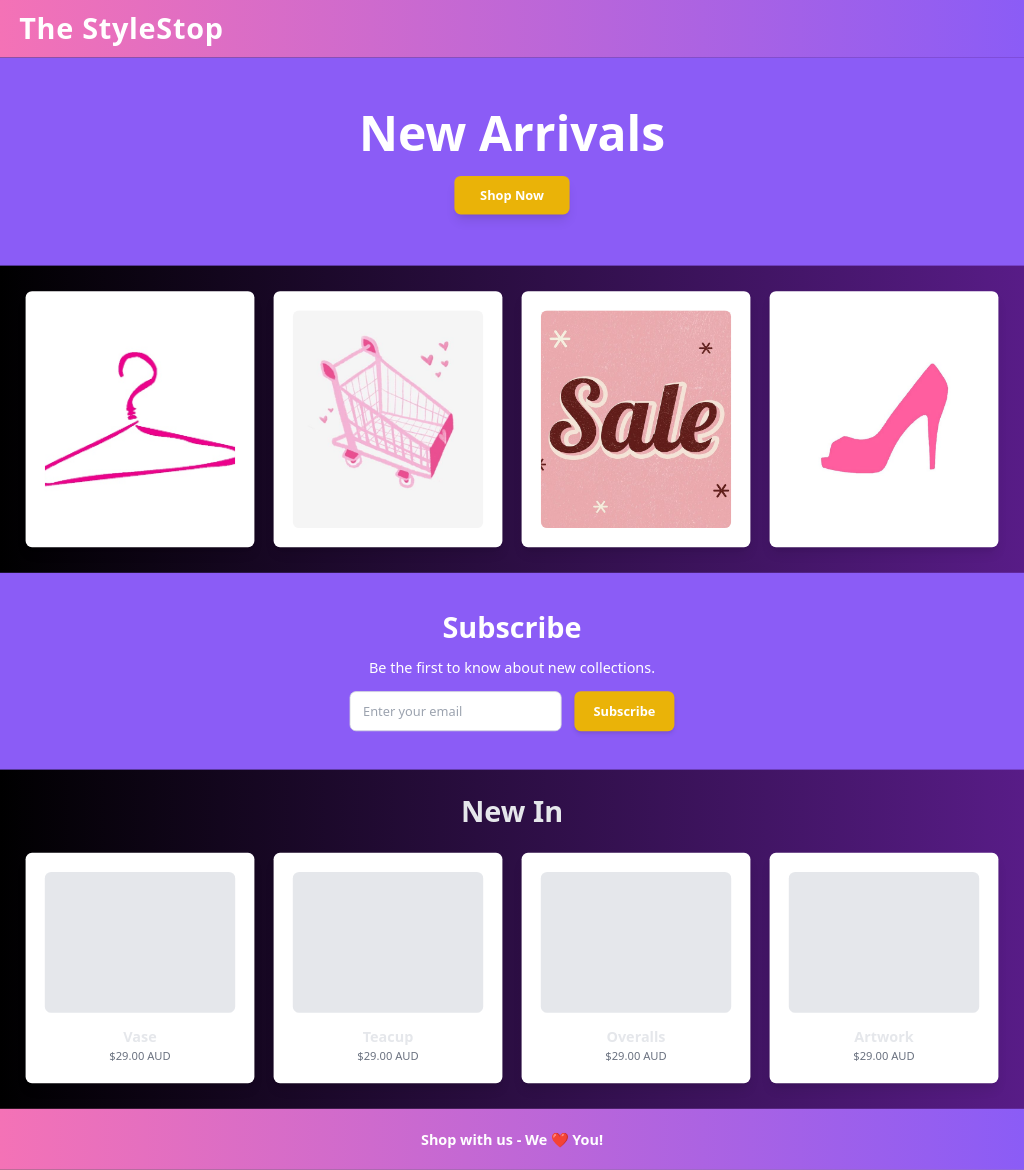
Repository: prathyushaa5/BuyYours
Page: /login (app in Frontend/)
The author's editor kept a copy of each file at every save. The page is drawn from the files as they stood at one save, then again after the next save.
The browser window is 1280 px wide. The pictures show the whole page, at 80% of full size.
The project was rebuilt for these pictures with package versions that can differ from the ones it lists, and the page was loaded fresh each time. Also part of the build but not shown: Frontend/vite.config.js, Frontend/src/components/Main.jsx, Frontend/src/components/Signup.jsx, Frontend/src/components/Home.jsx.

Above is the page before, as saved 2025-02-13 17:56:34.

### Frontend/src/App.jsx
import { BrowserRouter as Router, Routes, Route } from "react-router-dom";
import { useState } from "react";
import Main from "./components/Main";
import Login from "./components/Login";
import Signup from "./components/Signup";
import Home from "./components/Home";

export default function App() {
  const [token, setToken] = useState(null);

  const handleLogin = (userToken) => {
    setToken(userToken);
  };

  return (
    <Router>
      <Routes>
        {/* Show Main page first */}
        <Route path="/" element={<Main />} />

        {/* Login Page */}
        <Route path="/login" element={<Login onLogin={handleLogin} />} />

        {/* Signup Page */}
        <Route path="/signup" element={<Signup />} />

        {/* Home Page (Protected) */}
        <Route path="/home" element={token ? <Home /> : <Login onLogin={handleLogin} />} />
      </Routes>
    </Router>
  );
}

### Frontend/src/components/Login.jsx
import image1 from "../assets/cards/hanger.jpeg";
import image2 from "../assets/cards/pink.jpeg";
import image3 from "../assets/cards/sale.jpeg";
import image4 from "../assets/cards/shoes.jpeg";
import { useNavigate } from "react-router-dom";

export default function MainPage() {
  const navigate = useNavigate();
  return (
    <div className="bg-gradient-to-r from-black to-purple-900 min-h-screen text-gray-200">
      {/* Navbar */}
      <nav className="bg-gradient-to-r from-pink-400 to-violet-500 py-4 px-6 flex justify-between items-center shadow-md">
        <h1 className="text-4xl font-extrabold text-white tracking-wide">The StyleStop</h1>
      </nav>

      {/* Hero Section */}
      <section className="flex flex-col items-center text-center py-16 bg-violet-500 text-white">
        <h2 className="text-6xl font-extrabold mb-6">New Arrivals</h2>
        <button
          className="bg-yellow-500 px-8 py-3 text-white font-bold rounded-lg shadow-lg transition-transform transform hover:scale-105 hover:bg-yellow-600"
          onClick={() => navigate("/signups")}
        >
          Shop Now
        </button>
      </section>

      {/* Categories (Replaced with Images) */}
      <div className="grid grid-cols-2 md:grid-cols-4 gap-6 p-8">
        {[image1, image2, image3, image4].map((image, index) => (
          <div key={index} className="bg-white p-6 text-center rounded-lg shadow-lg h-80 transition-transform transform hover:scale-105">
            <img src={image} alt={`Category ${index + 1}`} className="w-full h-full object-cover rounded-lg" />
          </div>
        ))}
      </div>

      {/* Subscribe Section */}
      <section className="bg-violet-500 text-center py-12 text-white">
        <h3 className="text-4xl font-extrabold mb-4">Subscribe</h3>
        <p className="mb-4 text-lg">Be the first to know about new collections.</p>
        <div className="flex justify-center">
          <input
            type="email"
            placeholder="Enter your email"
            className="px-4 py-3 rounded-lg border border-gray-300 focus:ring-2 focus:ring-yellow-500 outline-none"
          />
          <button className="ml-4 bg-yellow-500 px-6 py-3 text-white font-bold rounded-lg shadow-md transition-transform transform hover:scale-105 hover:bg-yellow-600">Subscribe</button>
        </div>
      </section>

      {/* Products */}
      <section className="p-8">
        <h3 className="text-4xl font-bold text-center mb-8">New In</h3>
        <div className="grid grid-cols-2 md:grid-cols-4 gap-6">
          {["Vase", "Teacup", "Overalls", "Artwork"].map((product, index) => (
            <div key={index} className="bg-white p-6 rounded-lg shadow-lg text-center transition-transform transform hover:scale-105">
              <div className="bg-gray-200 h-44 rounded-lg mb-4"></div>
              <p className="font-bold text-lg">{product}</p>
              <p className="text-gray-500 text-sm">$29.00 AUD</p>
            </div>
          ))}
        </div>
      </section>

      {/* Footer */}
      <footer className="bg-gradient-to-r from-pink-400 to-violet-500 text-center py-6 text-white font-bold text-lg">
        Shop with us - We ❤️ You!
      </footer>
    </div>
  );
}

Loaded but not shown: Frontend/index.html (common file); Frontend/src/main.jsx (common file); Frontend/src/index.css (common file); Frontend/tailwind.config.js (common file)

After the next save:
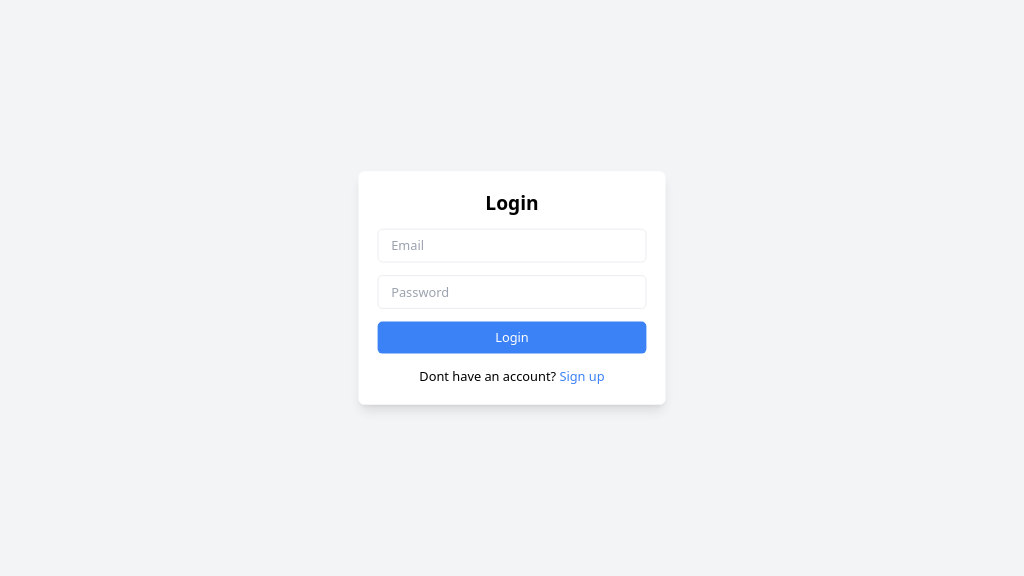
Saved 93 s later.
--- a/Frontend/src/components/Login.jsx
+++ b/Frontend/src/components/Login.jsx
@@ -1,70 +1,70 @@
-import image1 from "../assets/cards/hanger.jpeg";
-import image2 from "../assets/cards/pink.jpeg";
-import image3 from "../assets/cards/sale.jpeg";
-import image4 from "../assets/cards/shoes.jpeg";
+import  { useState } from "react";
+import PropTypes from "prop-types";
+import axios from "axios";
 import { useNavigate } from "react-router-dom";
+const Login = ({ onLogin}) => {
+  const [email, setEmail] = useState("");
+  const [password, setPassword] = useState("");
+  const [error, setError] = useState("");
+  const navigate = useNavigate();
+  const handleLogin = async (e) => {
+    e.preventDefault();
+    try {
+        const response = await axios.post("http://localhost:5223/api/auth/login", {
+          email,
+          password,
+        });
 
-export default function MainPage() {
-  const navigate = useNavigate();
+      localStorage.setItem("token", response.data.token);
+      onLogin(response.data.token);
+      console.log("user login");
+      navigate("/home");
+    } catch (err) {
+      setError("Invalid email or password.",err);
+    }
+  };
+
   return (
-    <div className="bg-gradient-to-r from-black to-purple-900 min-h-screen text-gray-200">
-      {/* Navbar */}
-      <nav className="bg-gradient-to-r from-pink-400 to-violet-500 py-4 px-6 flex justify-between items-center shadow-md">
-        <h1 className="text-4xl font-extrabold text-white tracking-wide">The StyleStop</h1>
-      </nav>
-
-      {/* Hero Section */}
-      <section className="flex flex-col items-center text-center py-16 bg-violet-500 text-white">
-        <h2 className="text-6xl font-extrabold mb-6">New Arrivals</h2>
-        <button
-          className="bg-yellow-500 px-8 py-3 text-white font-bold rounded-lg shadow-lg transition-transform transform hover:scale-105 hover:bg-yellow-600"
-          onClick={() => navigate("/signups")}
-        >
-          Shop Now
-        </button>
-      </section>
-
-      {/* Categories (Replaced with Images) */}
-      <div className="grid grid-cols-2 md:grid-cols-4 gap-6 p-8">
-        {[image1, image2, image3, image4].map((image, index) => (
-          <div key={index} className="bg-white p-6 text-center rounded-lg shadow-lg h-80 transition-transform transform hover:scale-105">
-            <img src={image} alt={`Category ${index + 1}`} className="w-full h-full object-cover rounded-lg" />
-          </div>
-        ))}
-      </div>
-
-      {/* Subscribe Section */}
-      <section className="bg-violet-500 text-center py-12 text-white">
-        <h3 className="text-4xl font-extrabold mb-4">Subscribe</h3>
-        <p className="mb-4 text-lg">Be the first to know about new collections.</p>
-        <div className="flex justify-center">
+    <div className="flex items-center justify-center min-h-screen bg-gray-100">
+      <div className="bg-white p-6 rounded-lg shadow-lg w-96">
+        <h2 className="text-2xl font-bold mb-4 text-center">Login</h2>
+        {error && <p className="text-red-500 text-center">{error}</p>}
+        <form onSubmit={handleLogin} className="space-y-4">
           <input
             type="email"
-            placeholder="Enter your email"
-            className="px-4 py-3 rounded-lg border border-gray-300 focus:ring-2 focus:ring-yellow-500 outline-none"
+            placeholder="Email"
+            value={email}
+            onChange={(e) => setEmail(e.target.value)}
+            className="w-full px-4 py-2 border rounded-md"
+            required
           />
-          <button className="ml-4 bg-yellow-500 px-6 py-3 text-white font-bold rounded-lg shadow-md transition-transform transform hover:scale-105 hover:bg-yellow-600">Subscribe</button>
-        </div>
-      </section>
-
-      {/* Products */}
-      <section className="p-8">
-        <h3 className="text-4xl font-bold text-center mb-8">New In</h3>
-        <div className="grid grid-cols-2 md:grid-cols-4 gap-6">
-          {["Vase", "Teacup", "Overalls", "Artwork"].map((product, index) => (
-            <div key={index} className="bg-white p-6 rounded-lg shadow-lg text-center transition-transform transform hover:scale-105">
-              <div className="bg-gray-200 h-44 rounded-lg mb-4"></div>
-              <p className="font-bold text-lg">{product}</p>
-              <p className="text-gray-500 text-sm">$29.00 AUD</p>
-            </div>
-          ))}
-        </div>
-      </section>
-
-      {/* Footer */}
-      <footer className="bg-gradient-to-r from-pink-400 to-violet-500 text-center py-6 text-white font-bold text-lg">
-        Shop with us - We ❤️ You!
-      </footer>
+          <input
+            type="password"
+            placeholder="Password"
+            value={password}
+            onChange={(e) => setPassword(e.target.value)}
+            className="w-full px-4 py-2 border rounded-md"
+            required
+          />
+          <button type="submit" className="w-full bg-blue-500 text-white py-2 rounded-md hover:bg-blue-600">
+            Login
+          </button>
+        </form>
+        <p className="mt-4 text-center">
+          Dont have an account?{" "}
+          <button onClick={()=>{navigate("/signup")}} className="text-blue-500 hover:underline">
+            Sign up
+          </button>
+        </p>
+      </div>
     </div>
   );
-}
+};
+
+// ✅ Add PropTypes validation
+Login.propTypes = {
+  onLogin: PropTypes.func.isRequired,
+  onShowSignup: PropTypes.func.isRequired,
+};
+
+export default Login;
